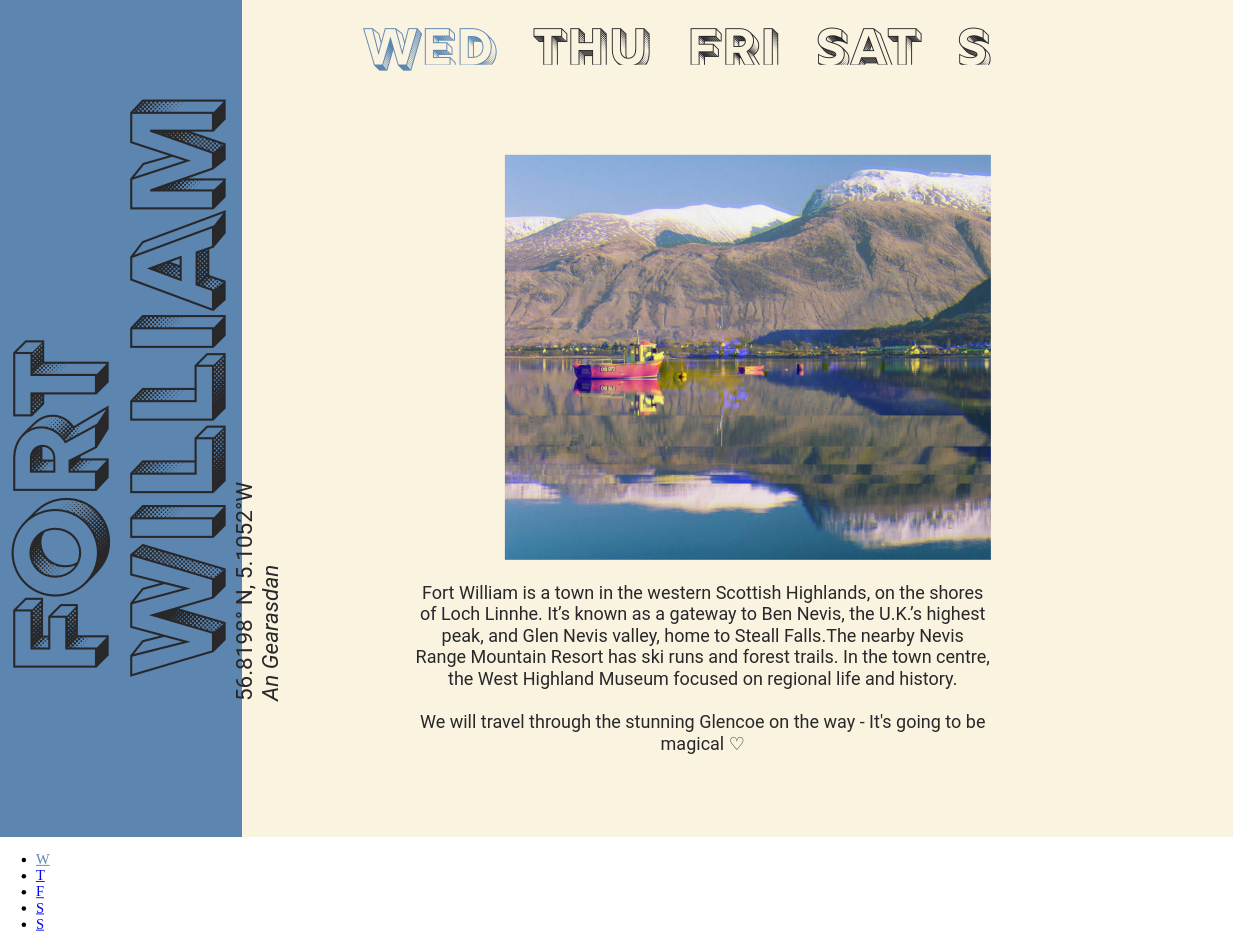
Repository: etak-yram/FINAL-CFG-WEB-DEV
Page: wednesday.html
An editor plug-in stored every save of this project. The page is shown before and after the next save, followed by the edit.
The browser window is 1280 px wide. The page is 1370 px wide, so the pictures cover 1370 px, including what lies to the right of the window. The pictures show the whole page, at 90% of full size.

Above is the page before, as saved 2022-07-27 10:09:20.

After the next save:
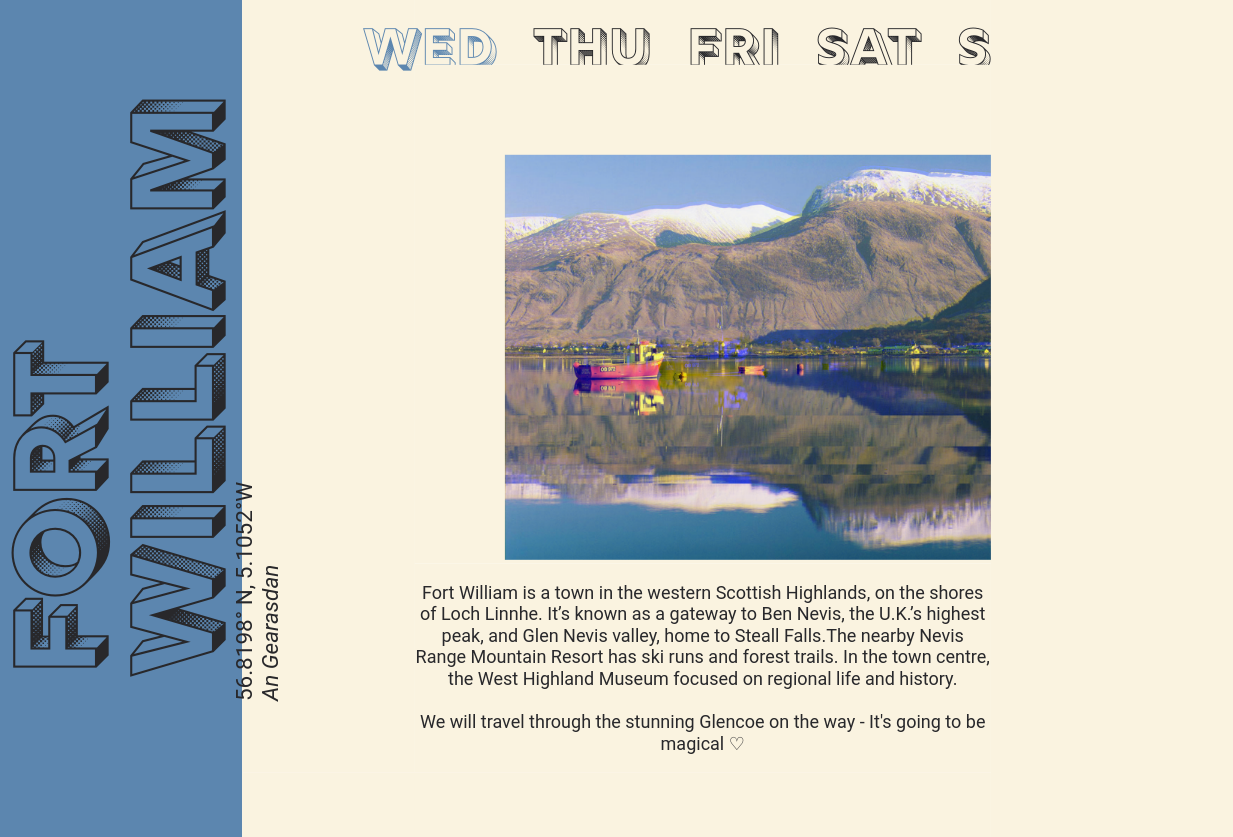
Saved 67 min 11 s later.
--- a/style-main.css
+++ b/style-main.css
@@ -66,6 +66,11 @@ subtext {
 
 
 /* navbar */
+
+mobile-header {
+  display: none;
+}
+
 header {
   grid-area: header;
   background-color:#faf3e0;
